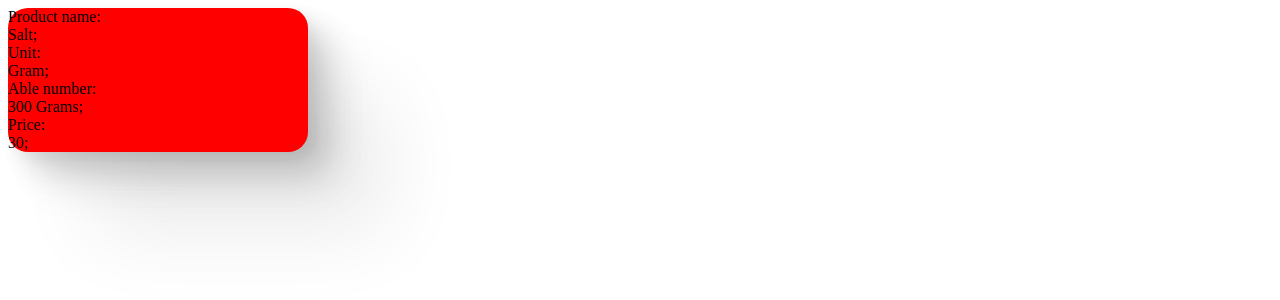
Repository: OlexandraKovach2/Vue
Page: / (app in vuexam/brila-exam/)
The author's editor kept a copy of each file at every save. The page is drawn from the files as they stood at one save, then again after the next save.
The browser window is 1280 px wide. The pictures show the whole page.
The project was rebuilt for these pictures with package versions that can differ from the ones it lists, and the page was loaded fresh each time. Also part of the build but not shown: vuexam/brila-exam/vue.config.js.

Above is the page before, as saved 2022-11-08 21:45:11.

### vuexam/brila-exam/src/main.js
import { createApp } from 'vue'
import App from './App.vue'
import store from '@/store'

createApp(App).use(store).mount('#app')

### vuexam/brila-exam/src/App.vue
<template>
  <div>
    <ObjectTable :listData="list"/>
  </div>
</template>

<script>
  import { mapGetters } from 'vuex';
  import ObjectTable from "./components/ObjectTable";
  export default {
    name: "App",
    components: {
      ObjectTable,
    },
    computed: {
      ...mapGetters(['list']),
    },
  }
</script>

<style lang="scss" scoped>

</style>

### vuexam/brila-exam/src/store/index.js
import {createStore} from 'vuex'

const store = createStore({
    state: {
        list: [
            {
                id: 1,
                name: "Salt",
                unit: "Gram",
                count: "300",
                cost: 30
            }
        ]
    },
    getters: {
        list: state => {
            return state.list;
        }
    },
});

export default store;

### vuexam/brila-exam/src/components/ObjectTable/index.vue
<template>
    <div>
        <ObjectBase v-for="item in listData"
        :key="item.id"
        :id="item.id"
        :name="item.name"
        :unit="item.unit"
        :count="item.count"
        :cost="item.cost"
        />
    </div>
</template>

<script>
    import ObjectBase from "./ObjectBase.vue"
    export default {
        name: "ObjectTable",
        components: {
            ObjectBase,
        },
        props: {
            listData: {
                type: Array,
                default: () => []
            },
        },
    }
</script>

<style lang="scss" scoped>

</style>

### vuexam/brila-exam/src/components/ObjectTable/ObjectBase.vue
<template>
    <div class="ObjectCard">
        <div class="info-row">
            <div>Product name:</div>
            <div>{{name}};</div>
        </div>
        <div class="info-row">
            <div>Unit:</div>
            <div>{{unit}};</div>
        </div>
        <div class="info-row">
            <div>Able number:</div>
            <div>{{count}} {{unit}}s;</div>
        </div>
        <div class="info-row">
            <div>Price:</div>
            <div>{{cost}};</div>
        </div>
    </div>
</template>

<script>
    import { mapGetters } from 'vuex'
    export default {
        name: "ObjectBase",
        computed: {
        ...mapGetters(['list']),
        },
        props: {
            id: {
                type: Number,
                default: 0
            },
            name: {
                type: String,
                default: "None name"
            },
            unit: {
                type: String,
                default: "kilo"
            },
            count: {
                type: Number,
                default: 1
            },
            cost: {
                type: Number,
                default: 10
            }
        },
    }
</script>

<style lang="scss" scoped>
.ObjectCard{
    background-color: red;
    width: 300px;
    border-radius: 20px;
    box-shadow:
  6.6px 6.7px 13.7px rgba(0, 0, 0, 0.04),
  12.9px 13.2px 25.3px rgba(0, 0, 0, 0.053),
  19.2px 19.6px 34.3px rgba(0, 0, 0, 0.057),
  25.9px 26.5px 40.9px rgba(0, 0, 0, 0.057),
  35.7px 36.6px 47.2px rgba(0, 0, 0, 0.057),
  82px 84px 80px rgba(0, 0, 0, 0.07);

}
</style>

Loaded but not shown: vuexam/brila-exam/public/index.html (common file)

After the next save:
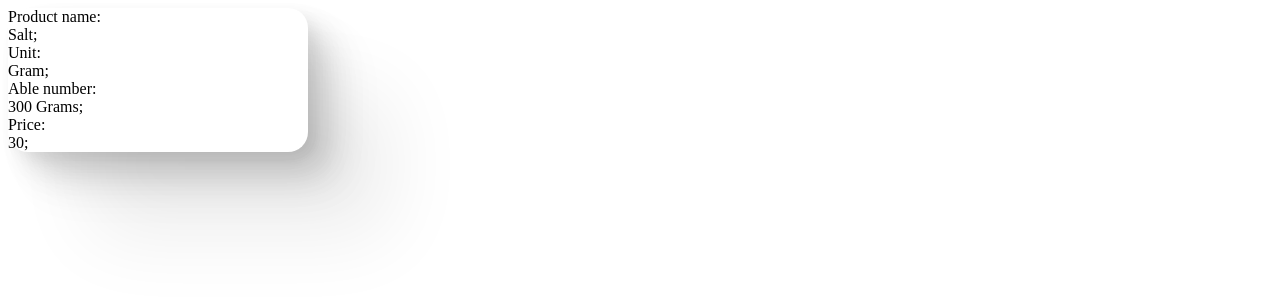
Saved 7 s later.
--- a/vuexam/brila-exam/src/components/ObjectTable/ObjectBase.vue
+++ b/vuexam/brila-exam/src/components/ObjectTable/ObjectBase.vue
@@ -53,7 +53,7 @@
 
 <style lang="scss" scoped>
 .ObjectCard{
-    background-color: red;
+    background-color: white;
     width: 300px;
     border-radius: 20px;
     box-shadow:
